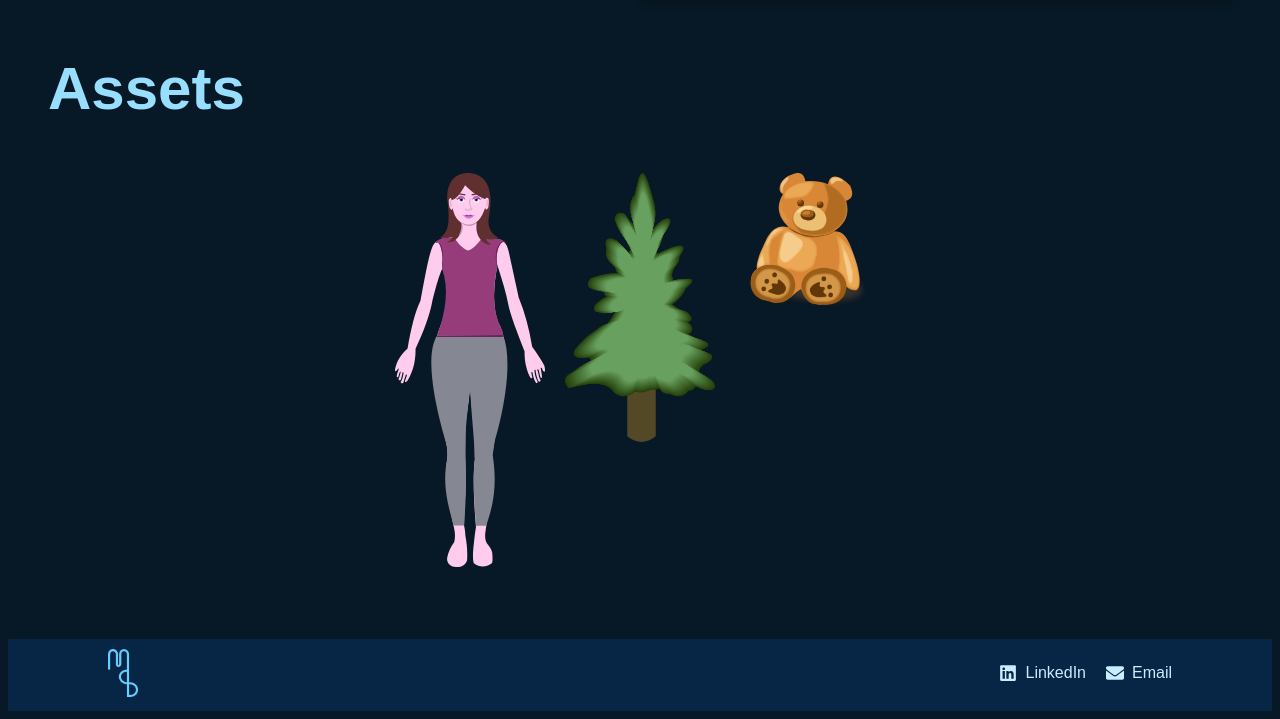
Repository: madelinestruthers/madeline-portfolio-site
Page: /Projects/motion-project
An editor plug-in stored every save of this project. The page is shown before and after the next save, followed by the edit.
The browser window is 1280 px wide. The pictures show the part of the page from y = 651 to 1396 px (the page is 1370 px tall before and 1396 px after).
The project was rebuilt for these pictures with package versions that can differ from the ones it lists, and the page was loaded fresh each time. The framework's server and built-in components were replaced by stand-ins that run in the browser. Also part of the build but not shown: next.config.mjs.

Above is the page before, as saved 2025-03-22 19:51:22.

After the next save:
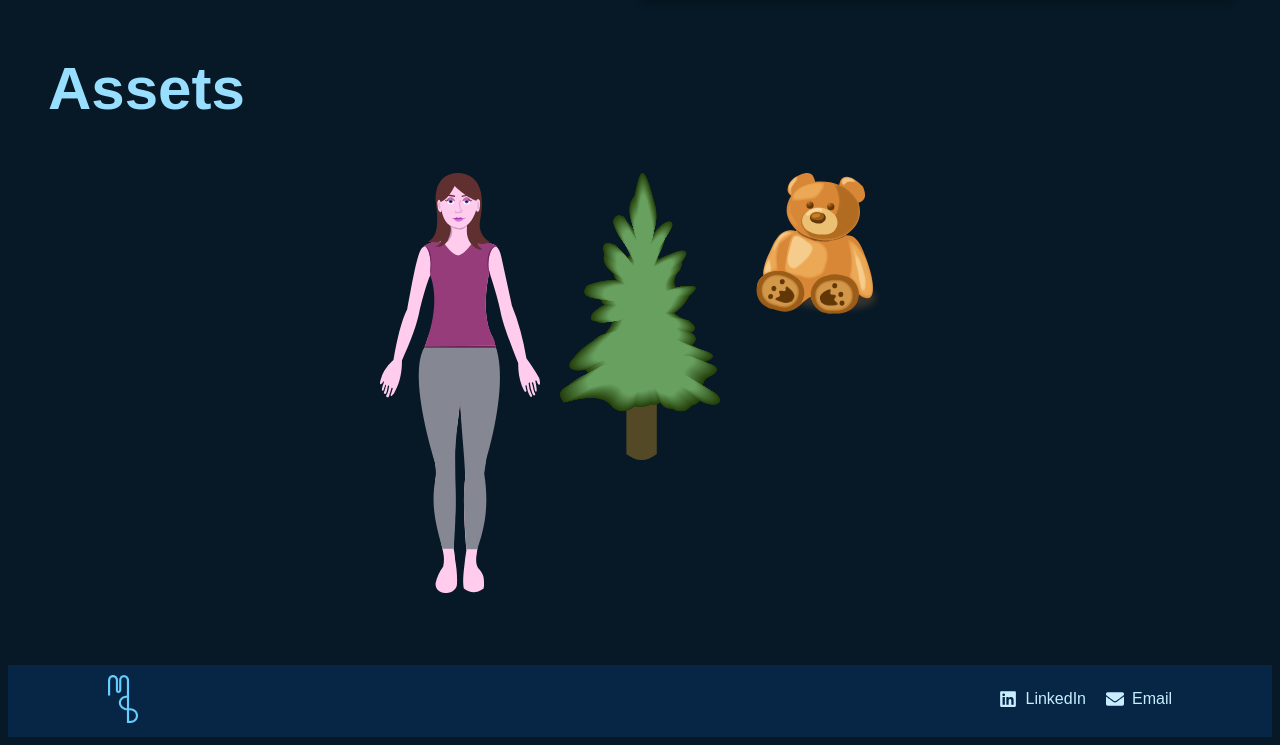
Saved 5 s later.
--- a/src/styles/MotionProject.module.css
+++ b/src/styles/MotionProject.module.css
@@ -161,7 +161,7 @@
     }
 
     .assetImage {
-        width: 150px;
+        width: 160px;
 
       }
 
